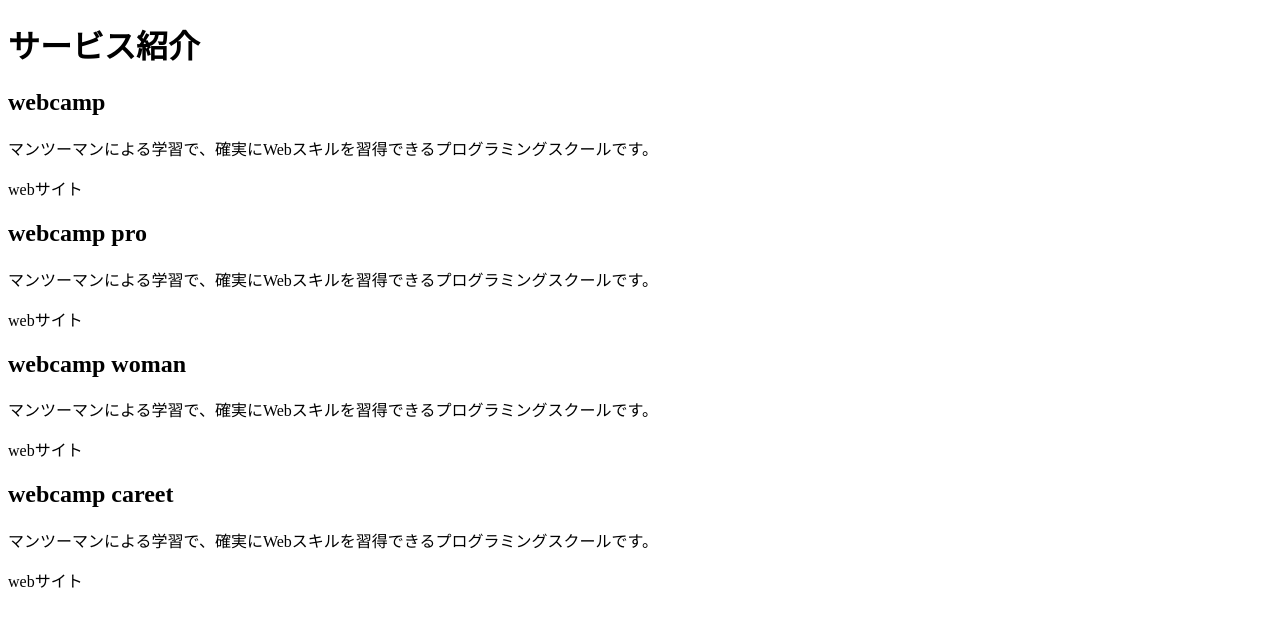
Repository: makunouti/dwc
Page: sample/sample.html
The author's editor kept a record of every edit. The page is drawn from the files as they stood at one moment, then again after the next edit.
The browser window is 1280 px wide. The pictures show the whole page.

Above is the page before.

### sample/sample.html
<!DOCTYPE HTML>
<html lang="ja">
  <head>
    <meta charset="UTF-8" />
    <title>初めてのHTML</title>
  </head>

  <body>
    <h1>サービス紹介</h1>
    <h2>webcamp</h2>
    <p>マンツーマンによる学習で、確実にWebスキルを習得できるプログラミングスクールです。</p>
    <a her="">webサイト</a>
    <h2>webcamp pro</h2>
    <p>マンツーマンによる学習で、確実にWebスキルを習得できるプログラミングスクールです。</p>
    <a her="">webサイト</a>
    <h2>webcamp woman</h2>
    <p>マンツーマンによる学習で、確実にWebスキルを習得できるプログラミングスクールです。</p>
    <a her="">webサイト</a>
    <h2>webcamp careet</h2>
    <p>マンツーマンによる学習で、確実にWebスキルを習得できるプログラミングスクールです。</p>
    <a her="">webサイト</a>
  </body>
</html>

After the next edit:
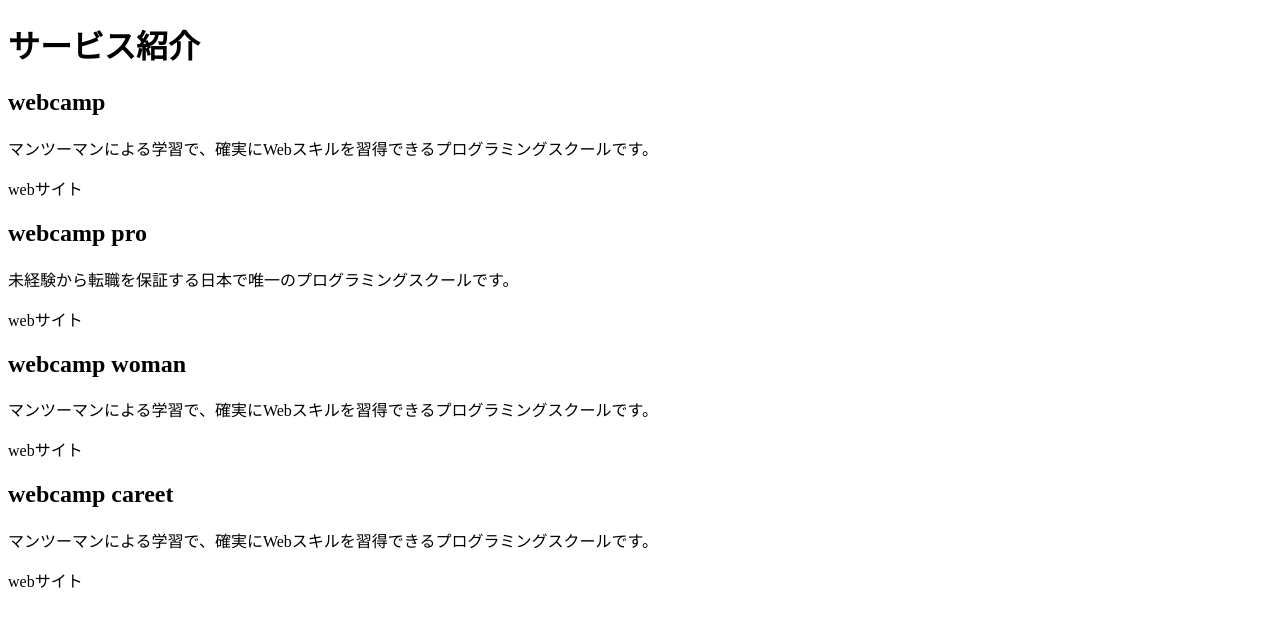
The edit:
--- a/sample/sample.html
+++ b/sample/sample.html
@@ -11,7 +11,7 @@
     <p>マンツーマンによる学習で、確実にWebスキルを習得できるプログラミングスクールです。</p>
     <a her="">webサイト</a>
     <h2>webcamp pro</h2>
-    <p>マンツーマンによる学習で、確実にWebスキルを習得できるプログラミングスクールです。</p>
+    <p>未経験から転職を保証する日本で唯一のプログラミングスクールです。</p>
     <a her="">webサイト</a>
     <h2>webcamp woman</h2>
     <p>マンツーマンによる学習で、確実にWebスキルを習得できるプログラミングスクールです。</p>
